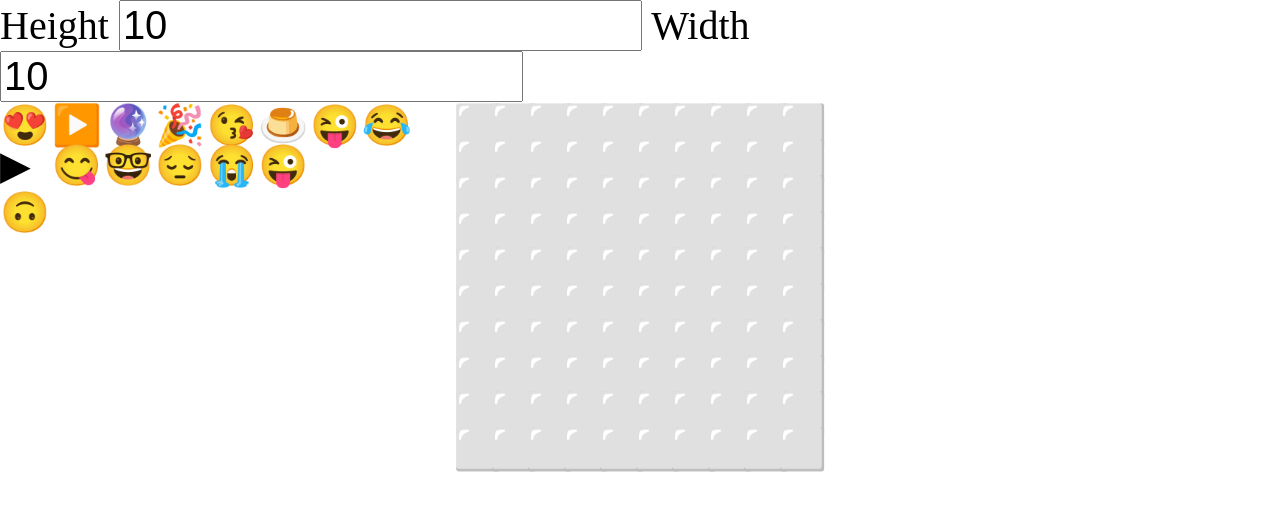
Repository: roast-rabbit/emoji-art-generator
Page: index.html
The author's editor kept a copy of each file at every save. The page is drawn from the files as they stood at one save, then again after the next save.
The browser window is 1280 px wide. The pictures show the whole page.

Above is the page before, as saved 2022-12-06 16:21:46.

### index.html
<!DOCTYPE html>
<html lang="en">
  <head>
    <meta charset="UTF-8" />
    <meta http-equiv="X-UA-Compatible" content="IE=edge" />
    <meta name="viewport" content="width=device-width, initial-scale=1.0" />
    <title>Emoji art generator</title>
    <link rel="stylesheet" href="styles.css" />
  </head>
  <body>
    <div id="stats">
      <label for="height">Height</label>
      <input name="height" type="text" value="10" />
      <label for="width">Width</label>
      <input name="width" type="text" value="10" />
    </div>
    <div id="main">
      <div id="side-tool-set">
        <div>😍</div>
        <div>▶️</div>
        <div>🔮</div>
        <div>🎉</div>
        <div>😘</div>
        <div>🍮</div>
        <div>😜</div>
        <div>😂</div>
        <div>▶🙃</div>
        <div>😋</div>
        <div>🤓</div>
        <div>😔</div>
        <div>😭</div>
        <div>😜</div>
      </div>
      <div id="board"></div>
      <script src="index.js"></script>
    </div>
  </body>
</html>

### styles.css
* {
  font-size: 40px;
}
body {
  margin: 0;
}

#main {
  display: grid;
  gap: 1rem;
  grid-template-columns: 1fr 2fr;
}

#board {
  user-select: none;
  display: inline-grid;
  grid-template-columns: repeat(var(--height), 5vmin);
  grid-template-rows: repeat(var(--width), 5vmin);
}

.tile {
  cursor: pointer;
}

#side-tool-set {
  display: grid;
  grid-template-columns: repeat(8, 1fr);
  grid-template-rows: repeat(3, 40px);
}
#side-tool-set div {
  cursor: pointer;
}
#side-tool-set div:hover {
  background-color: #ddd;
}

### index.js
const heightInput = document.querySelector("#stats input[name=height]");
const widthInput = document.querySelector("#stats input[name=width]");
const board = document.querySelector("#board");
const sideToolSet = document.querySelector("#side-tool-set");

let height = heightInput.value;
let width = widthInput.value;

let currentSelectedEmoji = "😍";

board.style.setProperty("--height", height);
board.style.setProperty("--width", width);

function createBoard(height, width) {
  for (let i = 0; i < height; i++) {
    for (let j = 0; j < width; j++) {
      element = document.createElement("div");
      element.textContent = "⬜️";
      element.classList.add("tile");
      board.appendChild(element);
    }
  }
}

createBoard(height, width);

const setEmojiToTarget = (e) => {
  e.target.textContent = currentSelectedEmoji;
};
const setCurrentEmoji = (e) => {
  console.log(e.target);
};
sideToolSet.addEventListener("click", setCurrentEmoji);

board.addEventListener("mousedown", (e) => {
  e.preventDefault();
  board.addEventListener("mousemove", setEmojiToTarget);
  board.addEventListener("mouseup", () => {
    board.removeEventListener("mousemove", setEmojiToTarget);
  });
});

After the next save:
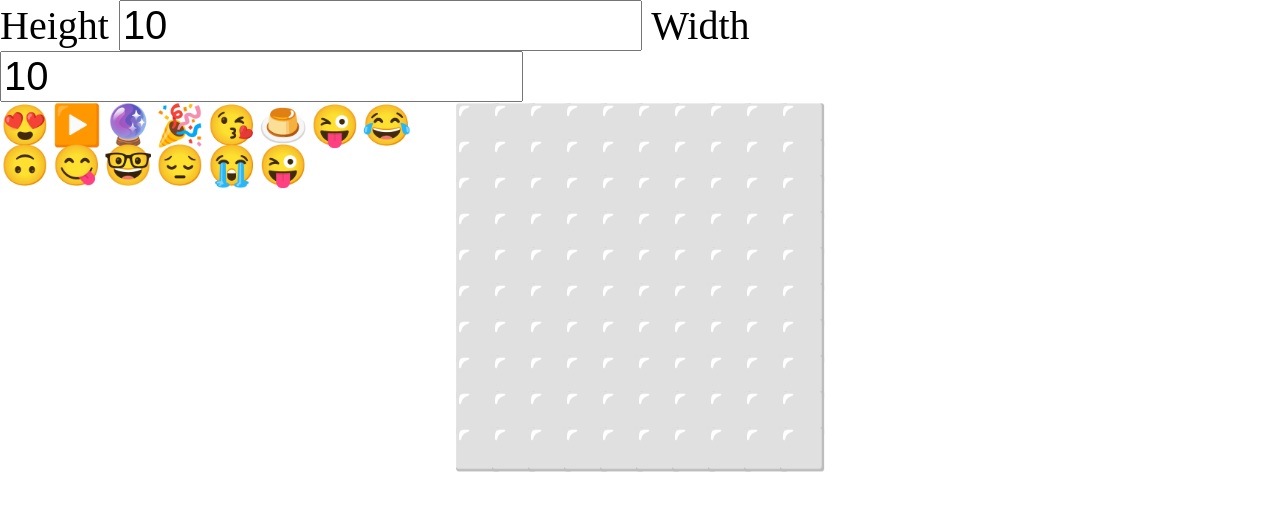
Saved 52 s later.
--- a/index.html
+++ b/index.html
@@ -24,7 +24,7 @@
         <div>🍮</div>
         <div>😜</div>
         <div>😂</div>
-        <div>▶🙃</div>
+        <div>🙃</div>
         <div>😋</div>
         <div>🤓</div>
         <div>😔</div>
